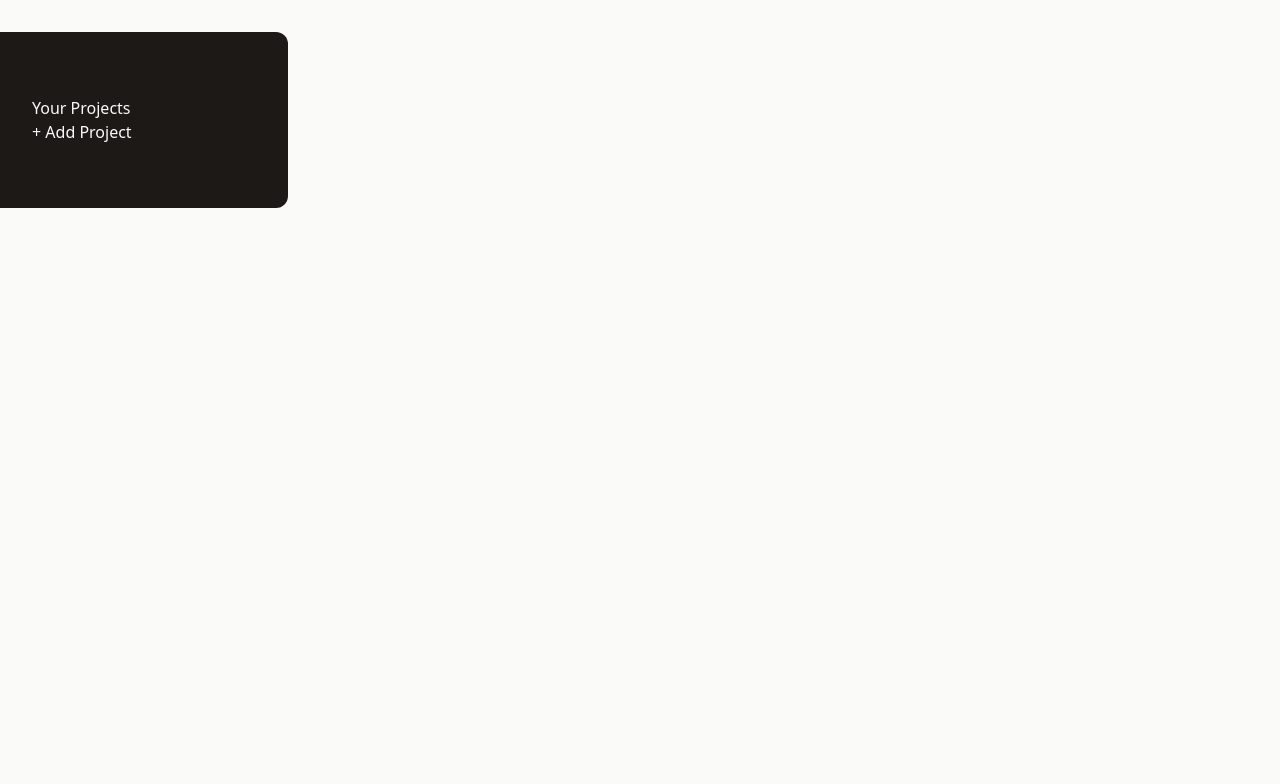
Repository: collyrium921/project-management
Page: /
These files come from the project's save history. The page is drawn as it stood at one moment and after the next save; the edit follows.
The browser window is 1280 px wide. The pictures show the whole page.
The project was rebuilt for these pictures with package versions that can differ from the ones it lists, and the page was loaded fresh each time. Also part of the build but not shown: vite.config.js.

Above is the page before, as saved 2024-07-11 01:45:12.

After the next save:
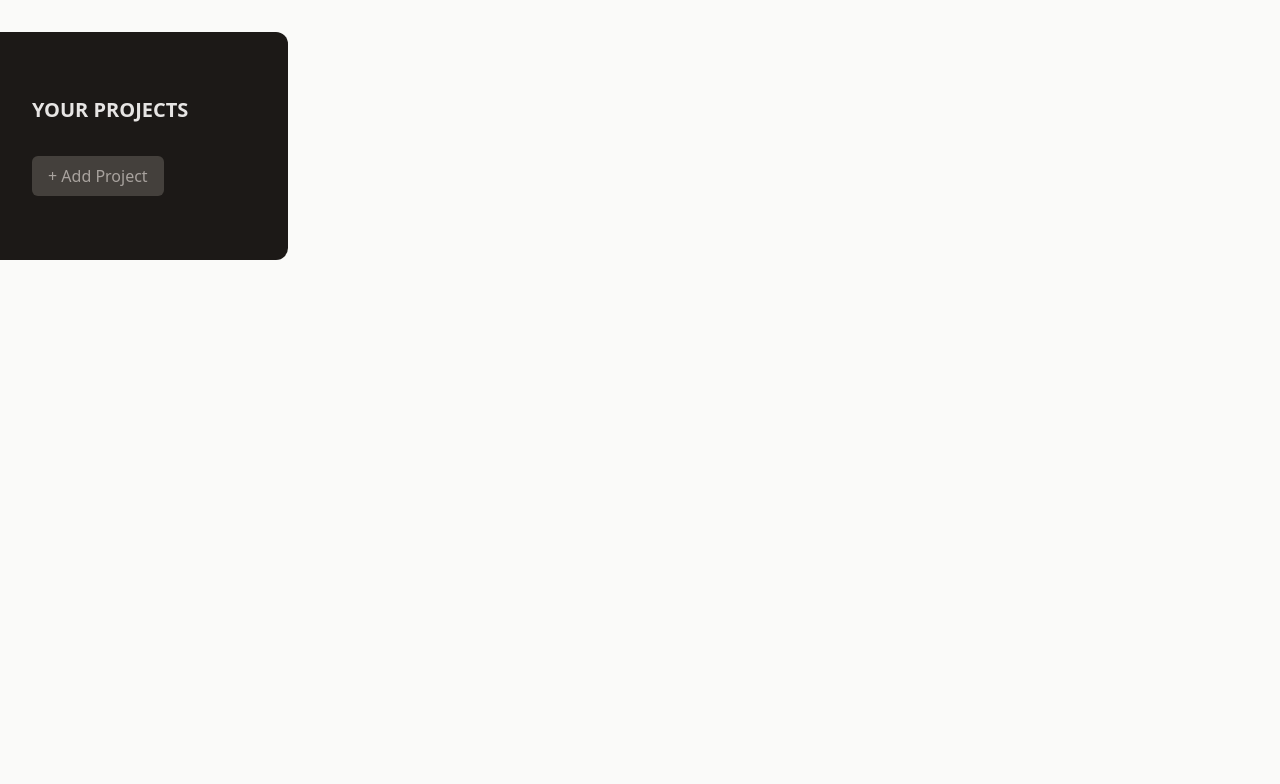
Saved 115 s later.
--- a/src/components/ProjectsSidebar.jsx
+++ b/src/components/ProjectsSidebar.jsx
@@ -1,9 +1,9 @@
 export default function ProjectsSidebar() {
   return (
     <aside className="w-1/3 px-8 py-16 bg-stone-900 text-stone-50 md:w-72 rounded-r-xl">
-      <h2> Your Projects</h2>
+      <h2 className="mb-8 font-bold uppercase md:text-xl text-stone-200"> Your Projects</h2>
       <div>
-        <button>+ Add Project</button>
+        <button className="px-4 py-2 text-xs md:text-base rounded-md bg-stone-700 text-stone-400 hover:bg-stone-600 hover:text-stone-100">+ Add Project</button>
       </div>
     </aside>
   )
